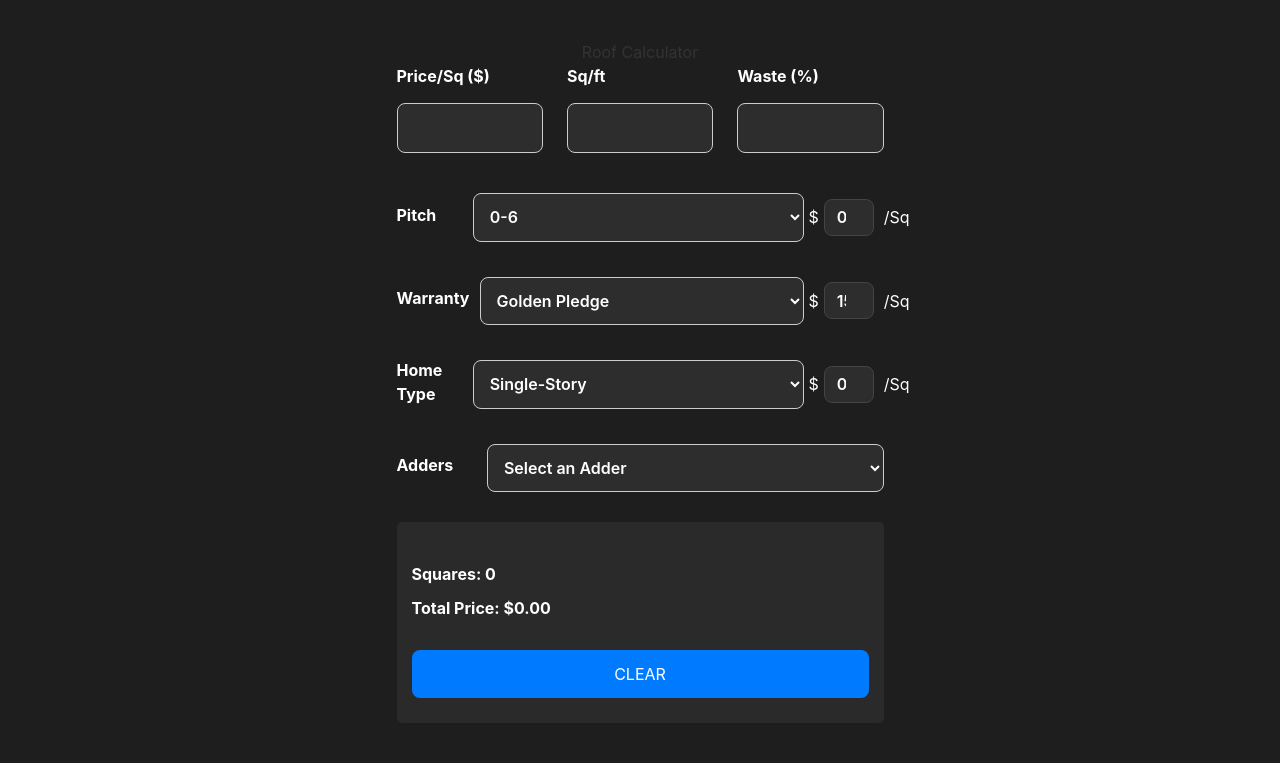
Repository: Tripp-L/roof-calc-app
Page: /
The author's editor kept a copy of each file at every save. The page is drawn from the files as they stood at one save, then again after the next save.
The browser window is 1280 px wide. The pictures show the whole page.
The project was rebuilt for these pictures with package versions that can differ from the ones it lists, and the page was loaded fresh each time.

Above is the page before, as saved 2024-10-17 23:36:10.

After the next save:
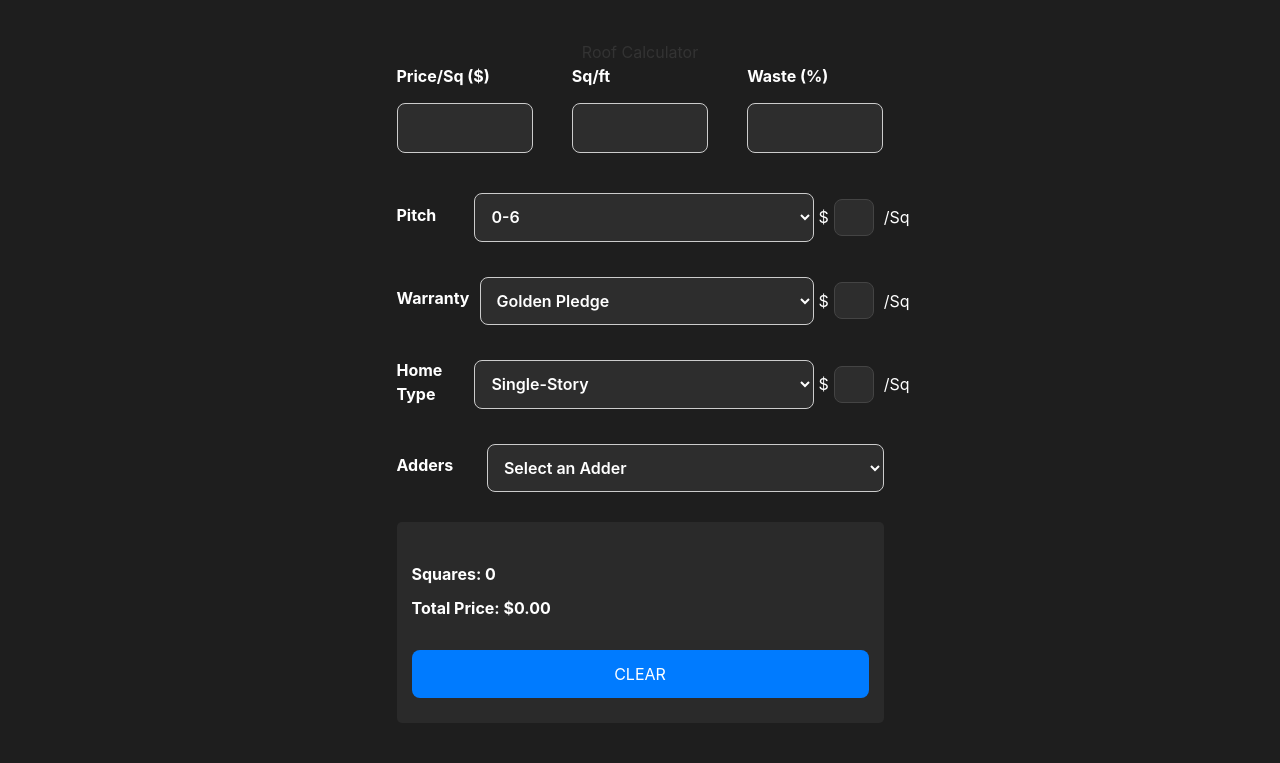
Saved 74 s later.
--- a/src/RoofCalculator.css
+++ b/src/RoofCalculator.css
@@ -18,7 +18,7 @@
 }
 
 .input-group label {
-  width: 100px; /* Adjusted for better alignment */
+  width: 100px;
   margin-right: 10px;
 }
 
@@ -239,11 +239,11 @@
 .price-input-wrapper {
   display: flex;
   align-items: center;
-  width: 80px; /* Fixed width for consistency */
+  width: 70px; /* Reduced width */
 }
 
 .price-input-wrapper input[type="number"] {
-  width: 50px;
+  width: 40px; /* Reduced width */
   margin: 0 5px;
 }
 
@@ -348,7 +348,7 @@
 
 /* Add this new class for the horizontal input groups */
 .horizontal-input-group {
-  width: 30%; /* Reduced from previous value */
+  width: 28%; /* Reduced width to create more space */
 }
 
 .horizontal-input-group label {
@@ -362,7 +362,7 @@
 
 /* Adders dropdown */
 .input-group:last-of-type select {
-  max-width: 100%; /* Full width for Adders dropdown */
+  width: 100%; /* Full width for Adders dropdown */
 }
 
 /* Results container */

After the save that followed:
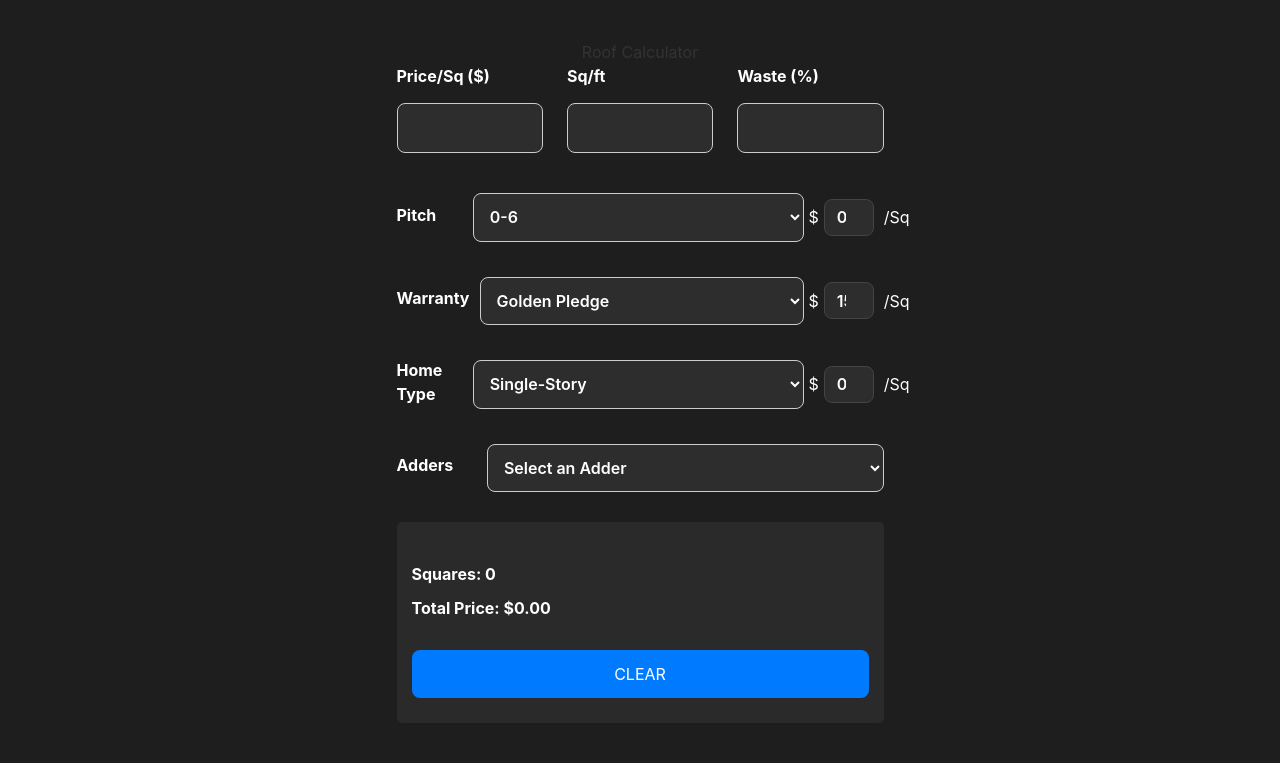
Saved 59 s later.
--- a/src/RoofCalculator.css
+++ b/src/RoofCalculator.css
@@ -18,7 +18,7 @@
 }
 
 .input-group label {
-  width: 100px;
+  width: 100px; /* Adjusted for better alignment */
   margin-right: 10px;
 }
 
@@ -239,11 +239,11 @@
 .price-input-wrapper {
   display: flex;
   align-items: center;
-  width: 70px; /* Reduced width */
+  width: 80px; /* Fixed width for consistency */
 }
 
 .price-input-wrapper input[type="number"] {
-  width: 40px; /* Reduced width */
+  width: 50px;
   margin: 0 5px;
 }
 
@@ -348,7 +348,7 @@
 
 /* Add this new class for the horizontal input groups */
 .horizontal-input-group {
-  width: 28%; /* Reduced width to create more space */
+  width: 30%; /* Reduced from previous value */
 }
 
 .horizontal-input-group label {
@@ -362,7 +362,7 @@
 
 /* Adders dropdown */
 .input-group:last-of-type select {
-  width: 100%; /* Full width for Adders dropdown */
+  max-width: 100%; /* Full width for Adders dropdown */
 }
 
 /* Results container */
